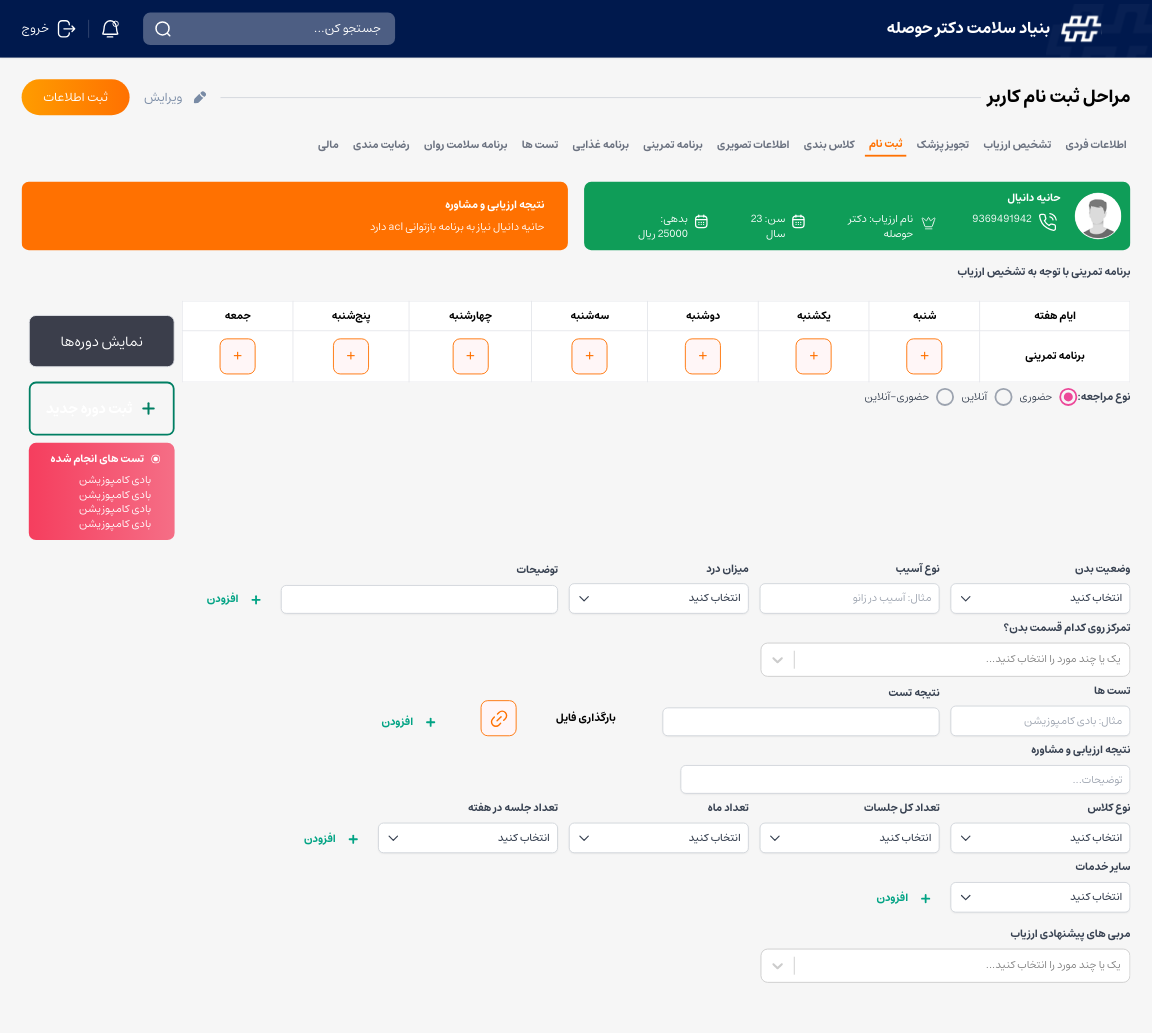
Repository: mirnajafi/ERP_hoseleh_V1.0
Page: /register, after clicking the first element matching `div.flex > :nth-child(4)`
The author's editor kept a copy of each file at every save. The page is drawn from the files as they stood at one save, then again after a run of saves.
The browser window is 1280 px wide. The pictures show the whole page, at 90% of full size.
Some web fonts or font styles are not loaded; a fallback is used. The project was rebuilt for these pictures with package versions that can differ from the ones it lists, and the page was loaded fresh each time. The framework's server and built-in components were replaced by stand-ins that run in the browser. Also part of the build but not shown: next.config.mjs, src/components/icons/trash.tsx, src/components/weekTable/weekTable.css, src/components/icons/copy.tsx, src/components/recognitionEvaluator/recognitionEvaluator.tsx.

Above is the page before, as saved 2025-02-28 23:42:17.

### src/app/layout.tsx
/* eslint-disable @next/next/no-img-element */
import type { Metadata } from "next";
import Header from "@/components/layout/Header";
import "@/app/globals.css";


export const metadata: Metadata = {
  title: "دکتر حوصله",
  description: "بنیاد سلامت دکتر حوصله",
};

export default function RootLayout({ children }: { children: React.ReactNode }) {
  return (
    <html lang="fa" dir="rtl">
      <body className="bg-dashboard-bg min-h-screen">
        {/* Header includes SidebarToggle, so no need to add Sidebar separately */}
        <Header />
        {/* Main Content Area */}
        <main className="transition-all duration-300 mt-16 p-6">
          {children}
        </main>

      </body>
    </html>
  );
}

### src/app/register/page.tsx
'use client';


import PageHeader from "@/components/formHeader/formHeader";
import Tabs from "@/components/formTab/formTab";
import PersonalInfo from "@/components/personalInfo/personalInfo";
import RecognitionEvaluator from "@/components/recognitionEvaluator/recognitionEvaluator";
import Registration from "@/components/registration/registration";


const Register = () => {


    const tabItems = [
        {
            label: "اطلاعات فردی", content: <PersonalInfo />
        },
        {
            label: "تشخیص ارزیاب", content: <RecognitionEvaluator />
        },
        { label: "تجویز پزشک", content: <div></div> },
        { label: "ثبت نام", content: <Registration/> },
        { label: "کلاس بندی", content: <div></div> },
        { label: "اطلاعات تصویری", content: <div></div> },
        { label: "برنامه تمرینی", content: <div></div> },
        { label: "برنامه غذایی", content: <div></div> },
        { label: "تست ها", content: <div></div> },
        { label: "برنامه سلامت روان", content: <div></div> },
        { label: "رضایت مندی", content: <div></div> },
        { label: "مالی", content: <div></div> },
    ];

    return (
        <div className="w-full flex flex-col">

            <PageHeader
                title="مراحل ثبت نام کاربر"
                onEdit={() => console.log("ویرایش")}
                onDelete={() => console.log("حذف")}
            />

            <Tabs tabs={tabItems} />

        </div>
    );
};

export default Register;

### src/components/layout/Header.tsx
/* eslint-disable @next/next/no-img-element */
import SearchInput from "../SearchInput/SearchInput";

export default function Header() {
  return (
    <header className="h-16 bg-secondry-blue-900 shadow-sm fixed top-0 left-0 right-0 flex items-center justify-between px-6 overflow-hidden">
      <img
          src="/icons/pattern.svg"
          alt="logo"
          className="h-20 absolute -right-2 top-1"
        />
      {/* Right Side Group */}
      <div className="flex items-center gap-3 pr-8">
        <img
          src="/icons/logo.svg"
          alt="logo"
          className="h-8 brightness-0 invert"
        />
        <h1 className="text-white text-lg font-bold">بنیاد سلامت دکتر حوصله</h1>
      </div>

      {/* Left Side Group */}
      <div className="flex items-center gap-6">
        <SearchInput />

        <div className="flex items-center gap-3">
          <div className="relative">
            <img
              src="/icons/notification.svg"
              alt="notifications"
              className="w-6 h-6 cursor-pointer"
            />
            <span className="absolute top-[3px] border border-white right-[3px] w-[7px] h-[7px] bg-red-500 rounded-full"></span>
          </div>
          <div className="w-px h-5 bg-white/20" />
          <button className="flex items-center gap-2 text-white">
            <img src="/icons/out.svg" alt="logout" className="w-6 h-6" />
            <span className="text-sm">خروج</span>
          </button>
        </div>
      </div>
    </header>
  );
}

### src/app/globals.css
@tailwind base;
@tailwind components;
@tailwind utilities;

@font-face {
  font-family: 'Estedad';
  src: url('/fonts/Estedad-Regular.woff2') format('woff2');
  font-weight: normal;
  font-style: normal;
  font-display: swap;
}

@font-face {
  font-family: 'Estedad';
  src: url('/fonts/Estedad-Bold.woff2') format('woff2');
  font-weight: bold;
  font-style: normal;
  font-display: swap;
}

@font-face {
  font-family: 'Estedad';
  src: url('/fonts/Estedad-Medium.woff2') format('woff2');
  font-weight: 500;
  font-style: normal;
  font-display: swap;
}

@font-face {
  font-family: 'Estedad';
  src: url('/fonts/Light.woff2') format('woff2');
  font-weight: 400;
  font-style: normal;
  font-display: swap;
}

@layer base {
  html {
    font-family: 'Estedad'
  }
}

### src/components/formHeader/formHeader.tsx
'use client';
import './formHeader.css'

interface PageHeaderProps {
    title: string;
    onEdit: () => void;
    onDelete: () => void;
}

const PageHeader: React.FC<PageHeaderProps> = ({ title, onEdit, onDelete }) => {
    return (
        <div className="flex items-center justify-between w-full  pb-2">
            <h2 className="text-xl font-semibold text-nowrap ml-2">{title}</h2>
            <div className="flex items-center gap-4 w-full ">
                <div className="flex-1 w-full border-t border-gray-300 "></div>
                <button className="text-sm flex flex-row items-center justify-center  text-[#798BA5]" onClick={onEdit}>


                    <svg width="14" height="14" viewBox="0 0 23 23" className='ml-3' fill="none" xmlns="http://www.w3.org/2000/svg">
                        <path fill-rule="evenodd" clip-rule="evenodd" d="M19.5324 1.51563C18.1783 0.161458 15.9827 0.161458 14.6286 1.51563L12.4546 3.68958C12.5391 3.86026 12.6305 4.03984 12.7285 4.22604C13.3883 5.47917 14.3142 6.96623 15.424 8.07604C16.5338 9.18585 18.0209 10.1118 19.274 10.7715C19.4602 10.8695 19.6397 10.9609 19.8104 11.0454L21.9844 8.87144C23.3385 7.51727 23.3385 5.32173 21.9844 3.96756L19.5324 1.51563ZM18.1392 12.7166C16.8165 12.0139 15.1463 10.9803 13.833 9.66703C12.5197 8.35373 11.4861 6.68352 10.7834 5.36079L2.23425 13.9099C1.70372 14.4405 1.35958 15.1288 1.25347 15.8715L0.517889 21.0206C0.354426 22.1648 1.3352 23.1456 2.47944 22.9821L7.62851 22.2465C8.37124 22.1404 9.05953 21.7963 9.59006 21.2658L18.1392 12.7166Z" fill="#798BA5" />
                    </svg>ویرایش

                </button>
                <button className="customeGradient text-sm" onClick={onDelete}>
                    ثبت اطلاعات
                </button>
            </div>
        </div>
    );
};

export default PageHeader;

### src/components/formTab/formTab.tsx
import { useState } from "react";

interface Tab {
  label: string;
  content: React.ReactNode;
}

interface TabsProps {
  tabs: Tab[];
  defaultIndex?: number;
}

const Tabs: React.FC<TabsProps> = ({ tabs, defaultIndex = 0 }) => {
  const [activeIndex, setActiveIndex] = useState(defaultIndex);

  return (
    <div className="w-full overflow-hidden">
      <div className="flex py-3 overflow-x-auto whitespace-nowrap">
        {tabs.map((tab, index) => (
          <button
            key={index}
            className={`ml-2 p-1 text-nowrap text-xs font-bold text-sm focus:outline-none ${activeIndex === index
                ? "border-b-2 border-[#FF7101] text-[#FF7101]"
                : "text-gray-500 hover:text-[#FF7101]"
              }`}
            onClick={() => setActiveIndex(index)}
          >
            {tab.label}
          </button>
        ))}
      </div>

      <div className="py-4">{tabs[activeIndex].content}</div>
    </div>
  );
};

export default Tabs;

### src/components/SearchInput/SearchInput.tsx
/* eslint-disable @next/next/no-img-element */
"use client";

interface SearchInputProps {
  placeholder?: string;
  className?: string;
}

export default function SearchInput({ placeholder = "جستجو کن...", className = "" }: SearchInputProps) {
  return (
    <div className="relative w-[280px]">
      <input
        type="text"
        placeholder={placeholder}
        className={`w-full h-9 bg-white bg-opacity-30 rounded-lg px-4 text-white placeholder:text-white text-sm focus:outline-none ${className}`}
      />
      <img
        src="/icons/left-icon.svg"
        alt="search"
        className="absolute left-2 top-1/2 -translate-y-1/2 w-7 h-7 brightness-0 invert"
      />
    </div>
  );
}

### src/components/formHeader/formHeader.css
.customeGradient{
    background: linear-gradient(270deg, #FF7101 0%, #FF9C00 100%);
    color: white;
    border-radius: 50px;
    padding:  10px 24px;
}

### src/components/input/input.tsx
'use client';  // اضافه کردن این خط برای فعال کردن کامپوننت در Client-side

import React from "react";

interface InputProps {
  label: string;
  type?: string;
  value: string;
  onChange: (e: React.ChangeEvent<HTMLInputElement>) => void;
  placeholder?: string;
  required?: boolean;
  className?: string;
}

const Input: React.FC<InputProps> = ({
  label,
  type = "text",
  value,
  onChange,
  placeholder,
  required = false,
  className = "",
}) => {
  return (
    <div className={`w-full xl:w-1/5 ml-3 my-2 xl:my-0 lg:max-w-[200px] ${className}`}>
      <label className="block text-xs text-gray-700  xl:mt-2 mb-2  font-bold">{label}</label>

      <input
        type={type}
        value={value}
        onChange={onChange}
        placeholder={placeholder}
        required={required}
        className="block w-full p-2 lg:max-w-200 text-xs border border-gray-300 rounded-md shadow-sm focus:outline-none focus:ring-2 focus:ring-indigo-500 focus:border-indigo-500"
      />
    </div>
  );
};

export default Input;

### src/components/transparentBtn/transparentBtn.tsx
'use client'; // اضافه کردن این خط برای فعال کردن کامپوننت در Client-side

import React from "react";

interface BtnProps {
    label: string;
}

const TransparentBtn: React.FC<BtnProps> = ({ label }) => {

    return (
        <div className="w-250px text-[#01A384] h-full flex xl:items-center xl:justify-center">
            <button className="flex flex-row p-2  h-full flex items-center justify-center font-bold text-xs
">
                <svg width="15" height="15" viewBox="0 0 14 15" fill="none" xmlns="http://www.w3.org/2000/svg" className="ml-3">
                    <path d="M7 3.41666V11.5833" stroke="#01A384" stroke-width="2" stroke-linecap="round" stroke-linejoin="round" />
                    <path d="M2.91602 7.5H11.0827" stroke="#01A384" stroke-width="2" stroke-linecap="round" stroke-linejoin="round" />
                </svg>
                {label}
            </button>
        </div>
    );
};

export default TransparentBtn;

### src/components/inputDescription/inputDescription.tsx
'use client';  // اضافه کردن این خط برای فعال کردن کامپوننت در Client-side

import React from "react";

interface InputProps {
  label: string;
  value: string;
  placeholder?: string;
  required?: boolean;
  className?: string;
  height?:string;
}

const InputDescription: React.FC<InputProps> = ({
  label,
  value,
  placeholder,
  required = false,
  className = "",
  height
}) => {
  return (
    <div className={`w-full xl:w-1/2 ml-3 max-w-[500px] ${className}`}>
      <label className="block text-xs text-gray-700 mb-2 mt-4 xl:my-2 font-bold font-bold">{label}</label>

      <textarea
        value={value}
        placeholder={placeholder}
        required={required}
        className={`block w-full h-8 ${height} p-2 resize-none max-w-200 overflow-hidden text-xs border border-gray-300 rounded-md shadow-sm focus:outline-none focus:ring-2 focus:ring-indigo-500 focus:border-indigo-500`}
      />
    </div>
  );
};

export default InputDescription;

### src/components/fileUploader/fileUploader.tsx
"use client";

import React, { useState } from "react";
import { useDropzone } from "react-dropzone";
import UploaderIcon from "../icons/uploader";

interface FileUploaderProps {
    onFileUpload: (files: File[]) => void;
    accept?: string;
    multiple?: boolean;
    label?: string;
}

const FileUploader: React.FC<FileUploaderProps> = ({
    onFileUpload,
    accept = "*",
    multiple = true,
    label = 'بارگذاری فایل'
}) => {
    const [uploadedFiles, setUploadedFiles] = useState<File[]>([]);

    const onDrop = (acceptedFiles: File[]) => {
        setUploadedFiles(acceptedFiles);
        onFileUpload(acceptedFiles);
    };

    const { getRootProps, getInputProps } = useDropzone({
        onDrop,
        accept,
        multiple,
    });

    return (
        <div className="lg:w-1/6 max-w-[150px] cursor-pointer my-4 lg:my-0 lg:mx-10" {...getRootProps()}>
            <input {...getInputProps()} />
            <div className="flex flex-row justify-between items-center">
                <p className="text-xs font-bold">{label}</p>
                <button className="bg-[#FFF6F7] h-10 w-10 border rounded-lg border-[#FF7101] flex justify-center items-center"><UploaderIcon width={25} height={25}/></button>
            </div>

            {uploadedFiles.length > 0 && (
                <ul className="mt-2 text-sm text-gray-700">
                    {uploadedFiles.map((file, index) => (
                        <li key={index} className="mt-1">
                            {file.name}
                        </li>
                    ))}
                </ul>
            )}
        </div>
    );
};

export default FileUploader;

### src/components/resultBox/resultBox.tsx
'use client';

import React from "react";
import './resultBox.css';


interface ResultBoxProps {
    resultText: string;
    className?: string;
}

const ResultBox: React.FC<ResultBoxProps> = ({
    resultText,
    className
}) => {
    return (
        <div className={`w-full flex flex-col lg:flex-row containResultBox text-xs ${className}`}>
            <div className="flex flex-col mr-4">
                <div className="font-bold">نتیجه ارزیابی و مشاوره</div>
                <div className="flex flex-col justify-center items-start lg:flex-row mt-2">
                    <span className="ml-10 flex flex-row-reverse">{resultText}</span>
                </div>
            </div>
        </div>
    );
};

export default ResultBox;

### src/components/icons/plus.tsx
'use client';

import React from "react";

interface IconProps {
    width?: number;
    height?: number;
    color?: string;
}

const PlusIcon: React.FC<IconProps> = ({ width, height }) => {
    return (
        <svg width={width} height={height} viewBox="0 0 36 36" fill="none" className="ml-2" xmlns="http://www.w3.org/2000/svg">
        <path d="M18 7.5V28.5" stroke="#007F63" stroke-width="4" stroke-linecap="round" stroke-linejoin="round"/>
        <path d="M7.5 18H28.5" stroke="#007F63" stroke-width="4" stroke-linecap="round" stroke-linejoin="round"/>
        </svg>


    );
};

export default PlusIcon;

### src/components/leftSideBox/leftSideBox.tsx
'use client';

import React from "react";
import './leftSideBox.css';
import CircleIcon from "../icons/circle";


interface BoxProps {
    title: string;
    test1:string;
    className?: string;
}

const LeftSideBox: React.FC<BoxProps> = ({
    title,
    test1,
    className
}) => {
    return (
        <div className={`w-full flex flex-col lg:flex-row containLeftSideBox text-xs ${className}`}>
            <div className="flex flex-col mr-4">
                <div className="font-bold flex flex-row items-center special-margin"><CircleIcon width={10} height={10}/> {title}</div>
                <div className="flex flex-col justify-center items-start  mt-2">
                    <span className="ml-10 flex flex-row-reverse">{test1}</span>
                    <span className="ml-10 flex flex-row-reverse">{test1}</span>
                    <span className="ml-10 flex flex-row-reverse">{test1}</span>
                    <span className="ml-10 flex flex-row-reverse">{test1}</span>

                </div>
            </div>
        </div>
    );
};

export default LeftSideBox;

### src/components/radioBtn/radioBtn.tsx
import React from "react";

interface RadioButtonProps {
  label: string;
  name: string;
  value: string;
  checked: boolean;
  onChange: (value: string) => void;
}

const RadioButton: React.FC<RadioButtonProps> = ({ label, name, value, checked, onChange }) => {
  return (
    <label className="flex items-center space-x-2 cursor-pointer text-xs">
      <input
        type="radio"
        name={name}
        value={value}
        checked={checked}
        onChange={() => onChange(value)}
        className="hidden"
      />
      <div
        className={`w-5 h-5 rounded-full border-2 ${
          checked ? "border-pink-500" : "border-gray-400"
        } flex items-center justify-center transition-all`}
      >
        {checked && <div className="w-2.5 h-2.5 bg-pink-500 rounded-full" />}
      </div>
      <span className="text-gray-700">{label}</span>
    </label>
  );
};

export default RadioButton;

### src/components/icons/uploader.tsx
'use client';

import React from "react";

interface IconProps {
    width?: number;
    height?: number;
    color?: string;
}

const UploaderIcon: React.FC<IconProps> = ({ width, height }) => {
    return (<svg width={width} height={height} viewBox="0 0 24 24" fill="none" xmlns="http://www.w3.org/2000/svg">
        <path d="M14.1211 9.87866L9.87845 14.1213" stroke="#FF7101" stroke-width="1.5" stroke-linecap="round" />
        <path d="M10.334 7.00003L12.0006 5.33336C13.8416 3.49239 16.8264 3.49239 18.6673 5.33335V5.33335C20.5083 7.17431 20.5083 10.1591 18.6673 12.0001L17.0007 13.6667" stroke="#FF7101" stroke-width="1.5" stroke-linecap="round" />
        <path d="M13.666 17L11.9994 18.6666C10.1584 20.5076 7.17362 20.5076 5.33266 18.6666V18.6666C3.4917 16.8257 3.4917 13.8409 5.33266 11.9999L6.99934 10.3333" stroke="#FF7101" stroke-width="1.5" stroke-linecap="round" />
    </svg>
    );
};

export default UploaderIcon;

### src/components/informationUserBox/informationUserBox.css
.containInfoBox {
  background: #0f9d58;
  color: white;
  justify-content: right;
  align-items: center;
  padding: 10px;
  border-radius: 8px;
}
.imageUser {
  border-radius: 100%;
}

### src/components/icons/phoneNumber.tsx
'use client';

import React from "react";

interface IconProps {
    width?: number;
    height?: number;
    color?: string;
}

const PhoneNumberIcon: React.FC<IconProps> = ({ width, height }) => {
    return (
        <svg width={width} height={height} className="ml-2"
            viewBox="0 0 26 25" fill="none" xmlns="http://www.w3.org/2000/svg">
            <path d="M13.5831 4.82261C14.5165 5.00472 15.3744 5.46123 16.0468 6.1337C16.7193 6.80617 17.1758 7.66402 17.3579 8.59743M13.5831 1C15.5224 1.21544 17.3308 2.08388 18.7113 3.46272C20.0919 4.84157 20.9626 6.64887 21.1805 8.58788M20.2249 16.214V19.0809C20.226 19.3471 20.1714 19.6105 20.0648 19.8544C19.9582 20.0983 19.8018 20.3172 19.6057 20.4971C19.4096 20.677 19.178 20.814 18.9259 20.8993C18.6738 20.9845 18.4066 21.0162 18.1415 20.9922C15.2008 20.6727 12.3761 19.6678 9.89427 18.0584C7.58525 16.5911 5.62761 14.6335 4.16036 12.3245C2.54529 9.83138 1.54019 6.99289 1.22651 4.03897C1.20263 3.7747 1.23403 3.50836 1.31873 3.25689C1.40342 3.00543 1.53955 2.77435 1.71844 2.57838C1.89734 2.3824 2.11508 2.22582 2.3578 2.11861C2.60052 2.0114 2.86291 1.9559 3.12825 1.95565H5.99521C6.459 1.95109 6.90862 2.11532 7.26027 2.41774C7.61192 2.72016 7.8416 3.14013 7.90651 3.59937C8.02752 4.51686 8.25194 5.41772 8.57547 6.28476C8.70405 6.62681 8.73188 6.99855 8.65566 7.35593C8.57944 7.71331 8.40237 8.04135 8.14543 8.30118L6.93175 9.51486C8.29217 11.9074 10.2731 13.8883 12.6657 15.2488L13.8793 14.0351C14.1392 13.7782 14.4672 13.6011 14.8246 13.5249C15.182 13.4486 15.5537 13.4765 15.8958 13.6051C16.7628 13.9286 17.6637 14.153 18.5811 14.274C19.0454 14.3395 19.4693 14.5733 19.7724 14.931C20.0755 15.2887 20.2365 15.7453 20.2249 16.214Z" stroke="white" stroke-width="1.5" stroke-linecap="round" stroke-linejoin="round" />
        </svg>
    );
};

export default PhoneNumberIcon;

### src/components/resultBox/resultBox.css
.containResultBox {
  background: #FF7101;
  color: white;
  justify-content: right;
  align-items: center;
  padding: 10px;
  border-radius: 8px;
  margin-right: 10px;
}

### src/components/leftSideBox/leftSideBox.css
.containLeftSideBox {
  background: linear-gradient(270deg, #F56E86 0%, #F53E5E 100%);
  color: white;
  justify-content: right;
  align-items: center;
  padding: 10px;
  border-radius: 8px;
}
.special-margin{
  margin-right: -10px;
}

### src/components/icons/circle.tsx

'use client';

import React from "react";

interface IconProps {
    width?: number;
    height?: number;
    color?: string;
}

const CircleIcon: React.FC<IconProps> = ({ width = 21, height = 22 }) => {
    return (
        <svg width={width} height={height} viewBox="0 0 12 12" className="ml-2" fill="none" xmlns="http://www.w3.org/2000/svg">
            <rect width="12" height="12" rx="6" fill="white" />
            <rect x="2" y="2" width="8" height="8" rx="4" fill="white" />
            <rect x="2" y="2" width="8" height="8" rx="4" stroke="#F56B84" stroke-width="2" />
        </svg>

    );
};

export default CircleIcon;

### tailwind.config.ts
import type { Config } from "tailwindcss";

const config: Config = {
  content: [
    "./src/pages/**/*.{js,ts,jsx,tsx,mdx}",
    "./src/components/**/*.{js,ts,jsx,tsx,mdx}",
    "./src/containers/**/*.{js,ts,jsx,tsx,mdx}",
    "./src/app/**/*.{js,ts,jsx,tsx,mdx}",
  ],
  theme: {
    extend: {
      colors: {
        "deep-blue": "#1E3A8A",
        "green": "#8BC34A",
        "orange": "#F97316",
        "red": "#E02D40",
        "yellow": "#FBBF24",
        background: "var(--background)",
        foreground: "var(--foreground)",
        secondry: {
          blue: {
            900: "#00194D",
          },
        },
        primery: {
          600: "#FF7101"
        },
        dashboard: {
          bg: "#F6F6F6"
        }
      },
    },
  },
  plugins: [],
};
export default config;

Loaded but not shown: src/components/registration/registration.tsx (246 lines, source omitted); src/components/personalInfo/personalInfo.tsx (302 lines, source omitted); src/components/weekTable/weekTable.tsx (87 lines, source omitted); src/components/dropdown/dropdown.tsx (69 lines, source omitted); src/components/icons/evaluator.tsx (26 lines, source omitted); src/components/inputDate/inputDate.tsx (67 lines, source omitted); src/components/informationUserBox/informationUserBox.tsx (61 lines, source omitted); src/components/icons/calendar.tsx (35 lines, source omitted)

After the next 2 saves:
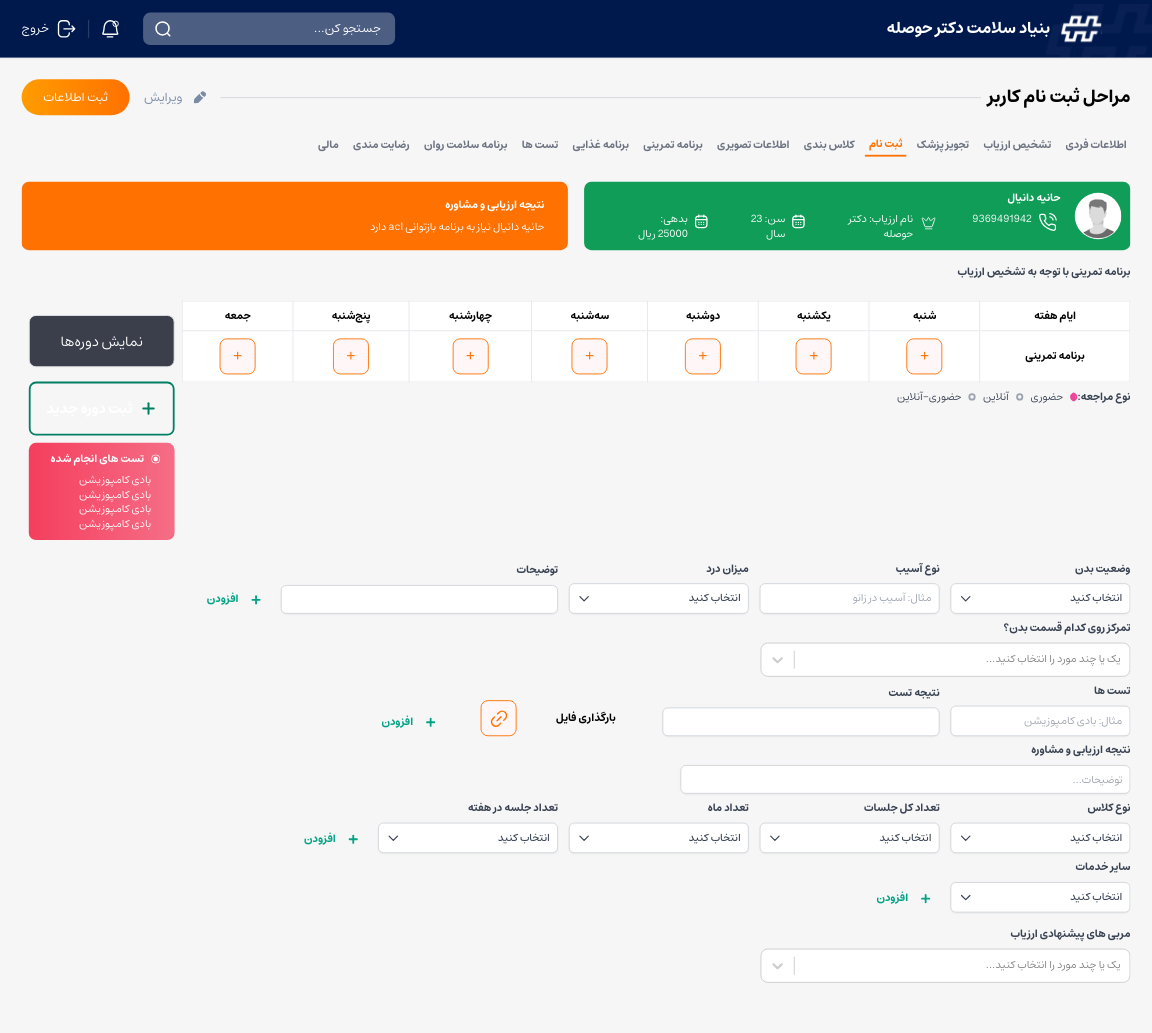
The 2 saves are shown as one change because they came seconds apart.
The last was saved 20 s later.
--- a/src/components/radioBtn/radioBtn.tsx
+++ b/src/components/radioBtn/radioBtn.tsx
@@ -20,7 +20,7 @@ const RadioButton: React.FC<RadioButtonProps> = ({ label, name, value, checked,
         className="hidden"
       />
       <div
-        className={`w-5 h-5 rounded-full border-2 ${
+        className={`w-2 h-2 rounded-full border-2 ${
           checked ? "border-pink-500" : "border-gray-400"
         } flex items-center justify-center transition-all`}
       >
